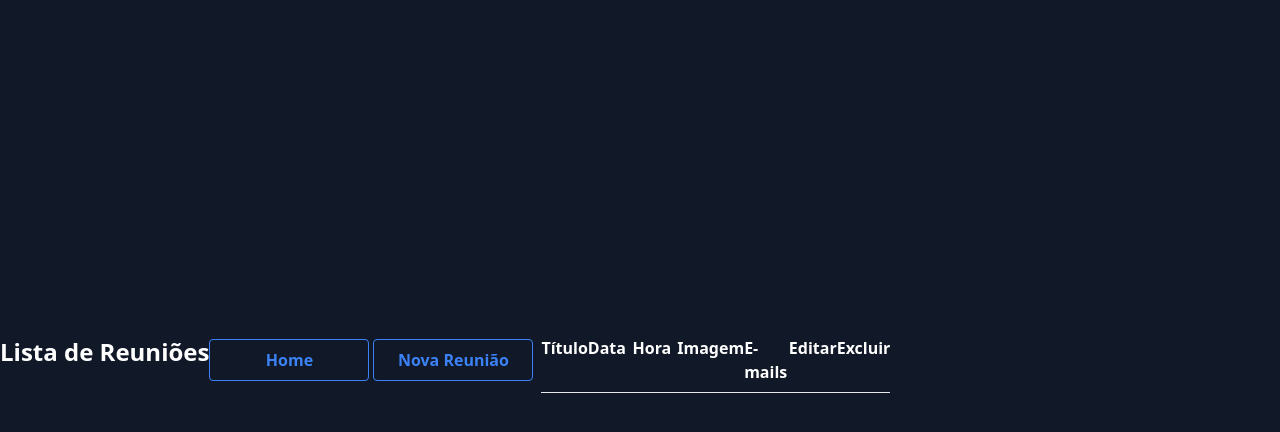
Repository: TamiBeira/meeting
Page: /meetings
The author's editor kept a copy of each file at every save. The page is drawn from the files as they stood at one save, then again after the next save.
The browser window is 1280 px wide. The pictures show the whole page.
The project was rebuilt for these pictures with package versions that can differ from the ones it lists, and the page was loaded fresh each time. Also part of the build but not shown: vite.config.ts, src/contexts/FormContext.tsx, src/components/Form.tsx, src/components/HomePage.tsx.

Above is the page before, as saved 2024-02-27 00:42:45.

After the next save:
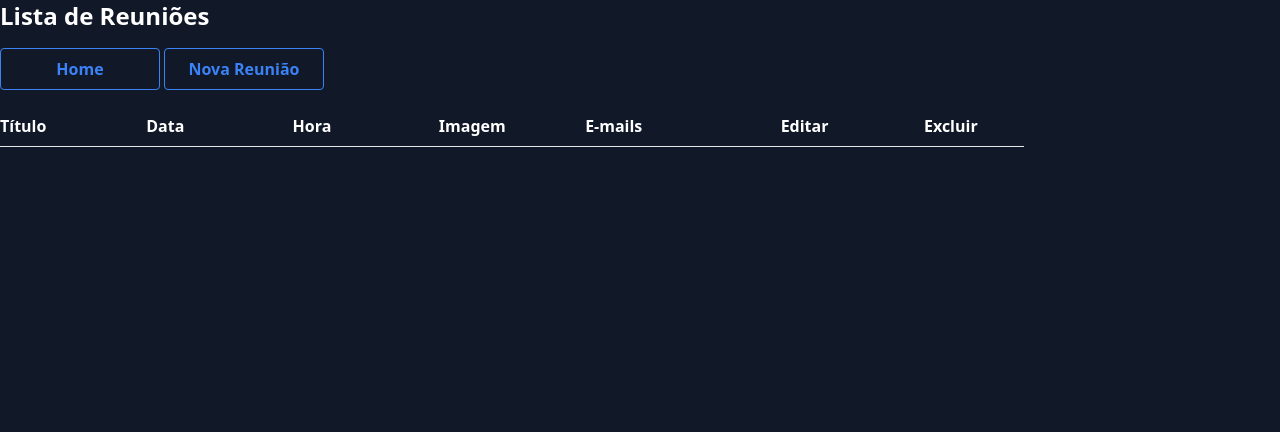
Saved 7 s later.
--- a/src/components/MeetingsView.tsx
+++ b/src/components/MeetingsView.tsx
@@ -28,7 +28,7 @@ export const MeetingsView: React.FC = () => {
   };
 
   return (
-    <div className="flex  items-center bg-gray-900 h-screen">
+    <div className="flex-col items-center bg-gray-900 h-screen">
       <h2 className="text-2xl text-white font-bold mb-4">Lista de Reuniões</h2>
       <div className="mt-4 mb-4">
         <Link to="/" className="w-40 mr-1 inline-block text-center border border-solid border-blue-500 text-blue-500 font-bold px-4 py-2 rounded">Home</Link>
